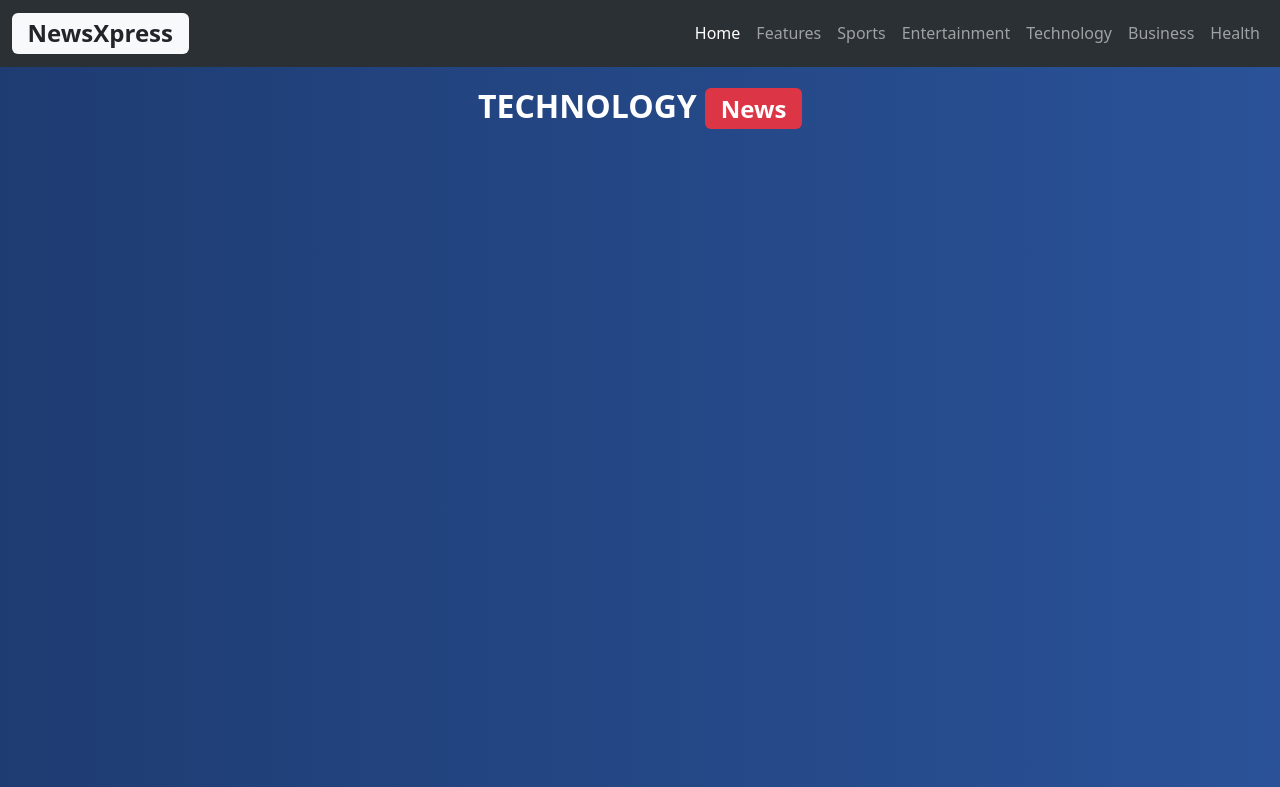
Repository: Abhishek-Thakur14/NewsXpress
Page: /category/technology
The author's editor kept a copy of each file at every save. The page is drawn from the files as they stood at one save, then again after the next save.
The browser window is 1280 px wide. The pictures show the whole page.
The page's requests for data from a server got no answer. The project was rebuilt for these pictures with package versions that can differ from the ones it lists, and the page was loaded fresh each time. No one was signed in, and anything a server would have sent is missing. Also part of the build but not shown: vite.config.js, src/Components/NewsItem.jsx.

Above is the page before, as saved 2025-02-08 16:44:37.

After the next save:
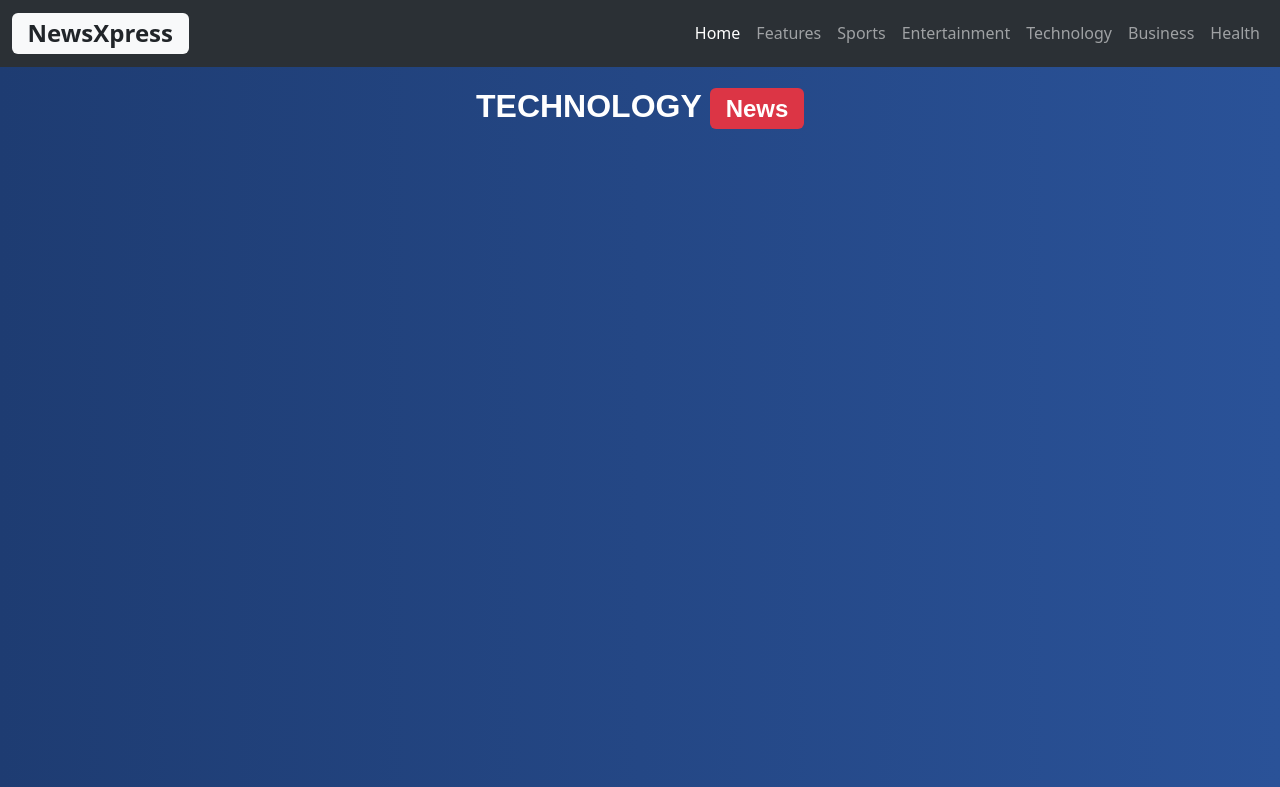
Saved 4 min 47 s later.
--- a/src/Components/NewsBoard.css
+++ b/src/Components/NewsBoard.css
@@ -32,3 +32,19 @@
     font-weight: bold;
     margin-bottom: 20px;
   }
+  .news-container {
+    background: linear-gradient(135deg, #1e1e2f, #232946);
+    min-height: 100vh;
+    padding: 20px;
+  }
+
+  .news-grid {
+    display: flex;
+    flex-wrap: wrap;
+    justify-content: center;
+    gap: 20px;
+  }
+
+  .text-center {
+    font-family: 'Arial', sans-serif;
+  }
